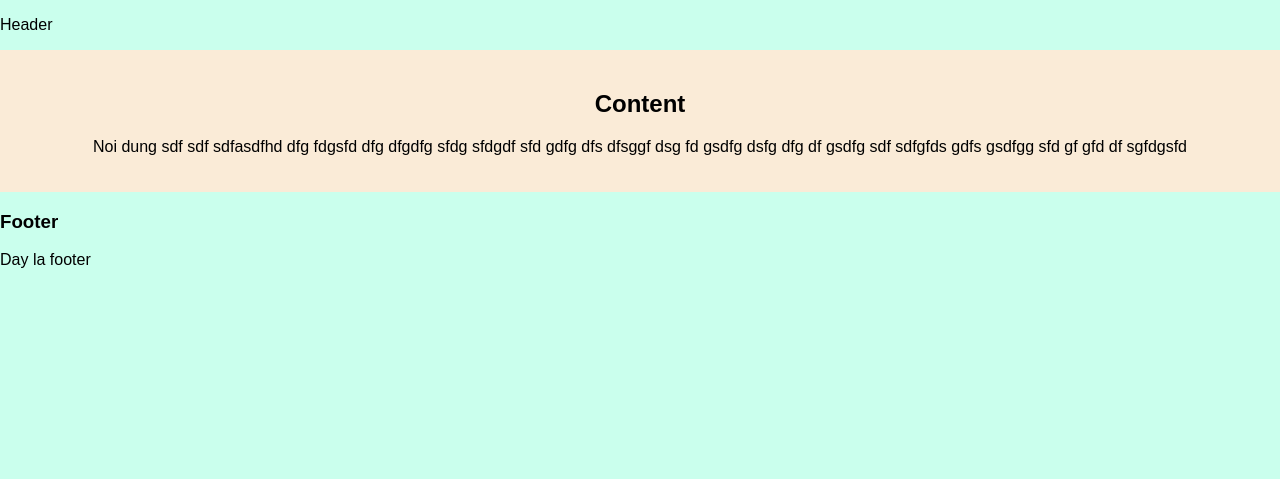
Repository: Thonghehe/Lab2_Web106
Page: Buoi2/l22.html
An editor plug-in stored every save of this project. The page is shown before and after the next save, followed by the edit.
The browser window is 1280 px wide. The pictures show the whole page.

Above is the page before, as saved 2024-03-13 21:45:52.

### Buoi2/l22.html
<!DOCTYPE html>
<html lang="en">

<head>
    <meta charset="UTF-8">
    <meta name="viewport" content="width=device-width, initial-scale=1.0">
    <title>Document</title>
    <style>
        body {
            font-family: Arial, Helvetica, sans-serif;
            margin: 0;
            padding: 0;
            display: flex;
            /* Hien thi dang cot */
            flex-direction: column;
            min-width: 100vh;
            background-color: rgb(202, 255, 237);
        }

        .header .footer {
            background-color: antiquewhite;
            color: brown;
            padding: 20px;
            text-align: center;
            flex-shrink: 0;
        }

        .content {
            background-color: antiquewhite;
            padding: 20px;
            text-align: center;
            flex-grow: 1;
        }

        .container {
            position: relative;
            min-height: 100%;
        }



        @media only screen and(max-width:800px) {
            .header .content .footer {
                width: 100%;
            }
        }
    </style>
</head>

<body>
    <div class="container">
        <div class="header">
            <p>Header</p>
        </div>
        <div class="content">
            <h2>Content</h2>
            <p>Noi dung sdf sdf sdfasdfhd dfg fdgsfd
                dfg dfgdfg sfdg sfdgdf sfd gdfg dfs
                dfsggf dsg fd gsdfg dsfg dfg df
                gsdfg sdf sdfgfds gdfs gsdfgg sfd gf gfd
                df sgfdgsfd
            </p>
        </div>
        <div class="footer">
            <h3>Footer</h3>
            <p>Day la footer</p>
        </div>
    </div>
</body>

</html>

After the next save:
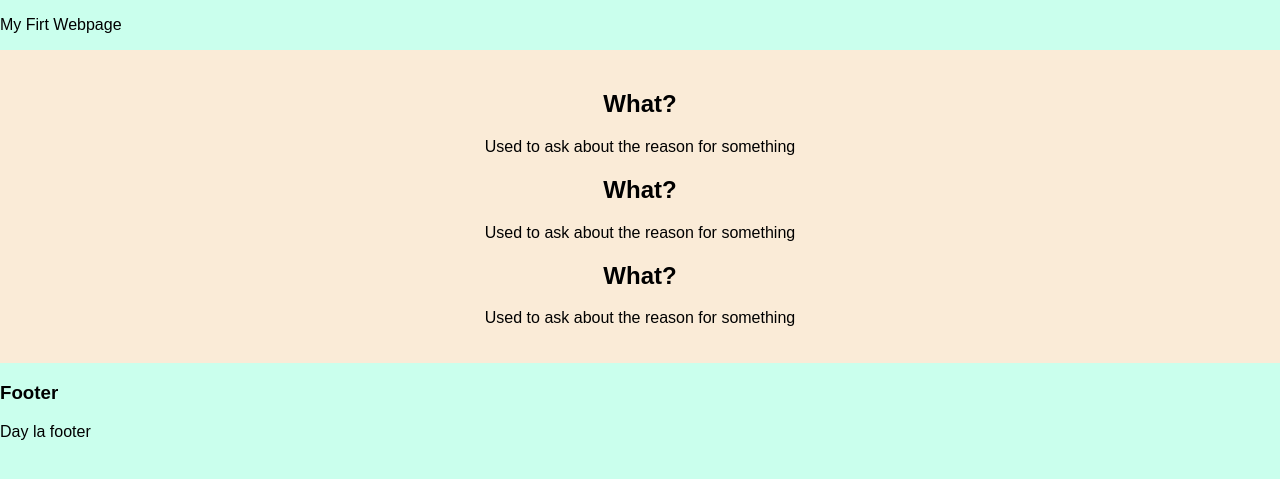
Saved 3 min 12 s later.
--- a/Buoi2/l22.html
+++ b/Buoi2/l22.html
@@ -50,15 +50,17 @@
 <body>
     <div class="container">
         <div class="header">
-            <p>Header</p>
+            <p>My Firt Webpage</p>
         </div>
         <div class="content">
-            <h2>Content</h2>
-            <p>Noi dung sdf sdf sdfasdfhd dfg fdgsfd
-                dfg dfgdfg sfdg sfdgdf sfd gdfg dfs
-                dfsggf dsg fd gsdfg dsfg dfg df
-                gsdfg sdf sdfgfds gdfs gsdfgg sfd gf gfd
-                df sgfdgsfd
+            <h2>What?</h2>
+            <p>Used to ask about the reason for something
+            </p>
+            <h2>What?</h2>
+            <p>Used to ask about the reason for something
+            </p>
+            <h2>What?</h2>
+            <p>Used to ask about the reason for something
             </p>
         </div>
         <div class="footer">
